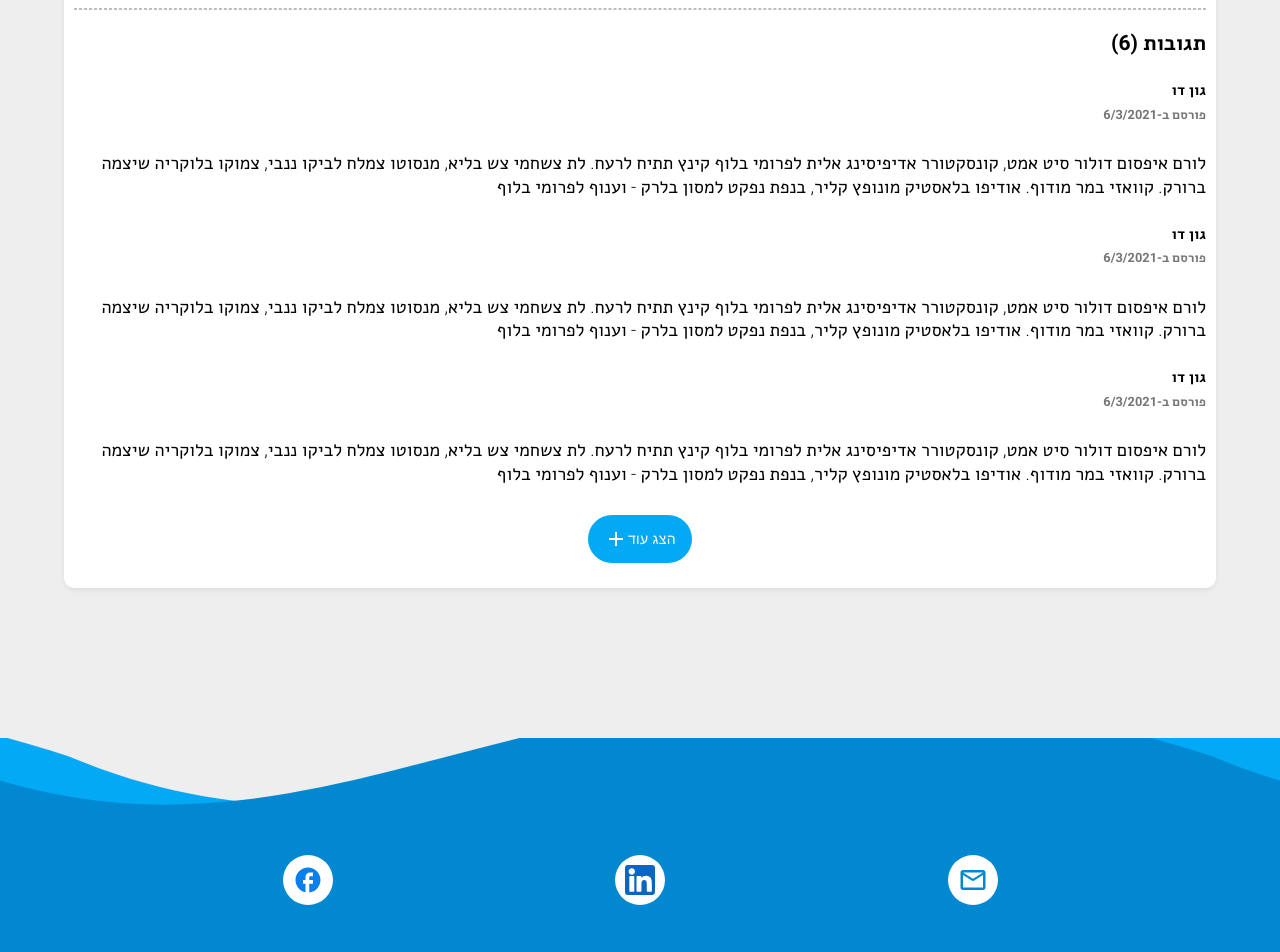
Repository: Ylan-sayada/blog-web-junior
Page: /article/1
These files come from the project's save history. The page is drawn as it stood at one moment and after the next save; the edit follows.
The browser window is 1280 px wide. The pictures show the part of the page from y = 1067 to 2019 px (the page is 2019 px tall before and 1875 px after).
The project was rebuilt for these pictures with package versions that can differ from the ones it lists, and the page was loaded fresh each time. Also part of the build but not shown: src/common/mainComponents/Header.tsx, src/utils/isEmail.ts, src/common/vendorComponents/materialUi/input/NewsletterInput.tsx, src/utils/getRect.ts, src/common/mainComponents/Newsletter.tsx, src/common/components/ect/Img.tsx, src/common/components/ect/PreviewArticle.tsx, src/common/mainComponents/ArticleWidgetGenerator.tsx and 4 more.

Above is the page before, as saved 2021-06-04 10:04:06.

### src/common/mainComponents/Main.tsx
import React from 'react';
import Home from './Home';
import { Switch, Route } from "react-router-dom";
import Blog from './Blog';
import About from './About';
import Article from './Article';
export default function Main(): JSX.Element {

    return (
        <React.Fragment>
            <Switch>
                <Route exact path="/">
                    <Home />
                </Route>

                <Route path="/about">
                    <About />
                </Route>

                <Route path="/blog">
                    <Blog />
                </Route>
                <Route path="/article/:id" >
                    <Article />
                </Route>
            </Switch>
        </React.Fragment>
    )
}

### src/common/components/ect/CounterDay.tsx
import React from 'react'
import countDay from '../../../utils/countDay';

export default function CounterDay(props: { dateStart: Date, foundWork: boolean }) {
    let dayElapsed = countDay(props.dateStart);
    let classState = props.foundWork ? "green" : "yellow";
    //also if the mission is accomplished the counter will continue to count day.
    //to resolve this we should to stock the day that the mission is accomplished
    return (
        <div className={`counter-day ${classState}`}>
            <div>
                <p>{dayElapsed} <br /> <strong>{dayElapsed > 1 ? "ימים" : "יום"}</strong></p>
            </div>

            <div>
                <p dir="rtl">מצב המשימה העיקרית </p>
                <p className="bold">{props.foundWork ? "משימה הושלמה!" : "ממשיכים בהרפתקאות"} </p>
            </div>
        </div>
    )
}

### src/utils/LangContext.ts
import React from 'react'
const LangContext = React.createContext({});
export const langData = {
    "heb":{
        "Home":{
            "ArticleWidgetGenerator" :{
                    "latest":"פוסטים אחרונים",
                    "oldest" : "פוסטים ישנים",
                    "hotest" : "להיטים"
                }
        }
    },
    "eng":{
        "Home":{
            "ArticleWidgetGenerator" :{
                "latest":"פוסטים אחרונים",
                "oldest" : "פוסטים ישנים",
                "hotest" : "להיטים"
                }
        }
    }

};
export const LangProvider = LangContext.Provider;
export const LangConsumer = LangContext.Consumer;
export default LangContext;

### src/ressources/scss/index.scss
@import './helpers/variable.scss';
@import './base/reset.scss';
@import './helpers/fonctions';
@import './helpers/animations.scss';
@import './layout/header.scss';
@import './layout/nav.scss';
@import './layout/footer.scss';
@import './components/CounterDay.scss';
@import './components/RoundedIcone.scss';
@import './components/PreviewArticle.scss';
@import './components/socialIcones.scss';
@import './components/Newsletter.scss';
@import './components/TitleLine.scss';
@import './components/Img.scss';
@import './components/MiniPresentation.scss';
@import './components/Drawer.scss';
@import './components//Article.scss';
@import './base/generalConfig.scss';
@import './components/fineSep.scss';

### src/common/components/ect/ScrollTop.tsx
import { useEffect } from "react";
import { useLocation } from "react-router-dom";

export default function ScrollTop() {
    const { pathname } = useLocation();

    useEffect(() => {
        window.scrollTo(0, 0);
    }, [pathname]);

    return null;
}

### src/common/components/stylised title/TitleLine.tsx
import React from 'react'
import isHebrew from '../../../utils/isHebrew';
import GetTitle from '../ect/GetTitle';
interface ContainChildren<Type>{
    children:Type;
    size:SizeMode
}
type SizeMode = 'very small'| 'small' | 'medium' | 'large' | 'extra large';
export default function TitleLine(props:ContainChildren<string>){
    let initClass = isHebrew(props.children) ? "title-line heb" : "title-line eng";
    let initContent = isHebrew(props.children)?
     <React.Fragment><span className="line"/><span className="content">{props.children}</span></React.Fragment>
     :
     <React.Fragment><span className="content">{props.children}</span><span className="line"/></React.Fragment>

    return (
        <React.Fragment>
            <GetTitle size={props.size} className={initClass}>{initContent}</GetTitle>
        </React.Fragment>
    );
}

### src/common/components/sep/FineSep.tsx
import React from 'react'

export default function FineSep(props: { dashed?: boolean }) {
    return (
        <div className={`fine-sep ${props.dashed ? 'dashed' : ''}`} ></div>
    )
}

### src/common/components/ect/MiniPresentation.tsx
import React from 'react'
import RoundedIcone from './RoundedIcone'

export default function MiniPresentation(props: any) {
    return (
        <div className="mini-presentation">
            <h3 style={{ color: "black" }}>{props.name}</h3>
            <span className="sub-desc">{props.titleDesc}</span>
            <RoundedIcone width="80px" image={props.image} />
            <p>{props.desc}</p>
        </div>
    )
}

### src/utils/countDay.ts
export default function countDay(dateStart:Date,dateEnd?:Date){
    let res = typeof(dateEnd) != 'undefined' ?dateEnd.getTime() - dateStart.getTime() : Date.now() - dateStart.getTime();
    res = (res / (1000*60*60*24));
    return Math.floor(res);
}

### src/ressources/scss/helpers/variable.scss
$base-color:#03A9F4;
$secondary-color:#0288D1;
$text-light-color:#FFFFFF;
$text-dark-color:#212121;
$text-dark-secondary-color:#757575;
$divider-color:#BDBDBD;
$big:1.4rem;
$small:0.8rem;
$nav-height:56px;
$facebook: #097feb;
$twitter:#1c9cea;
$linkedin:#0a66c2;

### src/ressources/scss/helpers/fonctions/index.scss
@import './imgBackground.scss';

### src/ressources/scss/helpers/fonctions/imgBackground.scss
@mixin imgBackground($img){
    background-image: url($img);
    background-repeat: no-repeat;
    background-size: cover;
}

### src/ressources/scss/helpers/animations.scss
@keyframes addedContent{
    0%{
        position: relative;
        top: 0px;
        transform: rotate(0);
    }
    25%{
        top: -15px;
        transform: rotate(10deg);
    }
    50%{
        top: 0px;
        transform: rotate(0);
    }
    75%{
        top: 15px;
        transform: rotate(-10deg);
    }
    100%{
        top: 1px;
        transform: rotate(0);
    }
}
@keyframes opacityTransition {
    from{
        opacity: 0;
    }
    to{
        opacity: 1;
    }
}

### src/ressources/scss/layout/header.scss
.header {
    @include imgBackground('/ressources/img/code.jpg');
    height: calc(100vh - #{$nav-height});
    display: flex;
    justify-content: center;
    width: 100vw;

    .content-header {
        display: flex;
        flex-direction: column;
        justify-content: space-evenly;
        padding: 20px;
        background-color: rgba(255, 255, 255, 0.9);
        align-self: center;
        width: 80%;
        height: 80%;
        h1{
            color: $base-color;
            font-weight: bold;
            font-size: 1.5em;
            text-align: center;
        }
        p{
            text-align: right;
            font-size: 0.9em;
            line-height: 1.2em;
        }
        .header-button{
            width:100%;
            color: $text-light-color;
            background-color: $text-dark-color;
        }

    }
}

### src/ressources/scss/layout/nav.scss
@import '../helpers/variable' ;
.navBar{
    background-color: $base-color;
    color: $text-light-color;
    justify-content: space-between;

    .right-side{
        display: flex;
        align-items:center;
    }
}

### src/ressources/scss/layout/footer.scss
.footer-content {

    .socialIcones {
        align-items: center;
        height: 20vh;
        background-color: $secondary-color;

        a {
            display: flex;
            background-color: white;
            padding: 10px;
            border-radius: 100%;

            &.facebook-icone {
                color: $facebook;
            }

            &.linkedin-icone {
                color: $linkedin;
            }

            &.mail-icone {
                color: $secondary-color;
            }
        }
    }


}

### src/ressources/scss/components/CounterDay.scss
.counter-day{
    display: flex;
    justify-content: space-evenly;
    padding: 5px;

    font-size: $small;
    >div{
        align-self: center;
        text-align: center;
    }
    &.green{
        background-color: green;
        color:$text-light-color;
    }
    &.yellow{
        background-color: yellow;
        color:$text-dark-color;
    }
}

### src/ressources/scss/components/RoundedIcone.scss
.roundedIcone{
    border-radius: 80%;
    background-repeat: no-repeat;
    background-size:contain;
    background-position: center;
}

### src/ressources/scss/components/subDesc.scss
.sub-desc{
    color:$text-dark-secondary-color;
    font-size: $small;
}

### src/ressources/scss/components/socialIcones.scss
@import '../helpers/flexPlacement';
.socialIcones{
    @extend .inlineFlex;
    @extend .equalSpace;
    width:100%;
     & svg{
         width: 30px;
         height:30px;

     }
}

### src/ressources/scss/helpers/flexPlacement.scss
.inlineFlex{
    display: flex;
}
.equalSpace{
    justify-content: space-evenly;
}

### src/ressources/scss/components/Newsletter.scss
.newsletter {
    display: flex;
    flex-direction: column;
    text-align: center;
    padding: 20px 0;
    line-height: 1.5rem;
    >svg {
        background-color: $base-color;
        border-radius: 100%;
        padding: 5px;
        align-self: center;
        fill: $text-light-color;
        font-size: 2.5rem;
        margin: 20px;
    }

    p {
        display: flex;
        align-items: center;
        justify-content: center;



    }

    .newsletter.send {
        justify-content: center;

        .opacityTransition {
            font-weight: bold;
            white-space: nowrap;
            animation: opacityTransition 1s linear;
        }

        .sendSvg {
            margin-right: 30px;
            color: green;
            animation: addedContent 3s linear alternate;
        }
    }

    @import './NewsletterInput.scss';
}

### src/ressources/scss/components/NewsletterInput.scss
@use '../vendors/material-ui/resetInput';

.newsletter-input {
  display: flex;
  justify-content: space-evenly;
  flex-direction: column;

  >* {
    margin: 10px 0;
  }

  label {
    right: 0;
    left: auto;
  }

  @include resetInput.resetInput;
}

### src/ressources/scss/vendors/material-ui/resetInput.scss
@use '../../helpers/variable.scss'as variable;

@mixin resetInput {

    .MuiFormLabel-root.Mui-focused {
        color: variable.$base-color !important;
    }


    .MuiInput-underline::after {
        border-bottom: 2px solid variable.$base-color !important;
    }


    button {
        background-color: variable.$base-color !important;
        color: variable.$text-light-color !important;
    }

}

### src/ressources/scss/components/Img.scss
.img-div {
    width: 100vw;
    min-height: 180px;
    height: auto;
    background-size: cover;
}

### src/ressources/scss/components/MiniPresentation.scss
@import './subDesc.scss';
.mini-presentation{
    text-align: center;
    & h1{
        font-weight: bold;
    }
    & .roundedIcone{
        margin: 20px auto;
    }
    & p{
        line-height: 1.4em;
    }
}

### src/ressources/scss/components/Drawer.scss
@import './socialIcones.scss';
.content-drawer{
    overflow-y:scroll;
    padding: 0 5%;
    & >*{
        margin: 0 0 40px 0;
    }
}

### src/ressources/scss/components/MessageInterface.scss
@use './MessageForm.scss'as form;

@mixin messageInterface {
    .message-interface {
        .message {
            margin: 10px 0;
        }
    }

    @include form.messageForm;
}

### src/ressources/scss/components/MessageForm.scss
@use '../vendors/material-ui/resetInput';

@mixin messageForm {
    .add-message-form {
        display: flex;
        flex-direction: column;
        align-items: center;

        >* {
            width: 90%;
            margin: 20px 0;
        }

        label {
            right: 0;
            left: auto;
        }

        @include resetInput.resetInput;
    }
}

### src/ressources/scss/base/generalConfig.scss
@import './typography.scss';

body {
    font-size: 18px;
    overflow-x: hidden;
    min-height: 100vh;
    position: relative;
    font-family: Roboto, Alef;

}

html {
    scroll-behavior: smooth;
}

.bold {
    font-weight: bold;
}

.italic {
    font-style: italic;
}

.only-desktop {
    display: none !important;
}

h1,
h2,
h3,
h4,
h5 {
    &.blue {
        color: $base-color;
    }
}

.header~div:not(.footer) {
    width: 90%;
    margin: 0 auto;
}

.no-scroll {
    height: 100%;
    overflow: hidden;
}

@media only screen and (min-width:1000px) {
    .only-desktop {
        display: initial !important;
    }
}

### src/ressources/scss/base/typography.scss
@font-face {
    font-family: Roboto;
    src: url('../../fonts/Roboto/Roboto-Light.ttf');
}
  @font-face {
    font-family: Roboto;
    src: url('../../fonts/Roboto/Roboto-Bold.ttf');
    font-weight: bold;
  }
  @font-face {
    font-family: Roboto;
    src: url('../../fonts/Roboto/Roboto-Italic.ttf');
    font-style: italic;
}
@font-face {
  font-family: Alef;
  src: url('../../fonts/Alef/Alef-Regular.ttf');
}
@font-face {
  font-family: Alef;
  src: url('../../fonts/Alef/Alef-Bold.ttf');
  font-weight: bold;
}

### src/ressources/scss/components/fineSep.scss
@use '../helpers/variable.scss'as variable;

.fine-sep:not(.dashed) {
    height: 1px;
    width: 100%;
    background-color: variable.$divider-color;
    margin: 20px 0;
}

.fine-sep.dashed {
    border: 1px dashed variable.$divider-color;
}

### src/common/components/ect/RoundedIcone.tsx
import React from 'react';
import WithLink from '../hoc/WithLink'
import isUndefined from '../../../utils/isUndefined';

interface propsIcone {
  customstyle?: React.CSSProperties,
  link?: string,
  width?: number | string,
  image: String | HTMLImageElement,
}

export default function RoundedIcone(props: propsIcone): any {
  let { width, link, image, customstyle } = props;
  let height;
  width = height = isUndefined(width) ? 40 + "px" : width;

  let initialBaseComponent = <div className="roundedIcone" {...props} style={{ ...customstyle, width: width, height: height, backgroundImage: `url(${image})` }}></div>;
  let FinalRes = isUndefined(link) ? initialBaseComponent : WithLink(initialBaseComponent);
  return (
    <React.Fragment>
      {FinalRes}
    </React.Fragment>
  );
}

### src/common/components/ect/MessageInterface.tsx
import React from 'react'
import MessageForm from '../../vendorComponents/materialUi/input/MessageForm'
import FineSep from '../sep/FineSep';
import AddIcon from '@material-ui/icons/Add';
import ExtendedBtn from '../buttons/ExtendedBtn';
let msg = { author: "hello", date: new Date().toLocaleDateString(), msg: " לורם איפסום דולור סיט אמט, קונסקטורר אדיפיסינג אלית לפרומי בלוף קינץ תתיח לרעח. לת צשחמי צש בליא, מנסוטו צמלח לביקו ננבי, צמוקו בלוקריה שיצמה ברורק. קוואזי במר מודוף. אודיפו בלאסטיק מונופץ קליר, בנפת נפקט למסון בלרק - וענוף לפרומי בלוף" }
let msgList = [msg, msg, msg, msg, msg, msg];
let wait = async (id?: string) => {
    let result = new Promise((resolve, reject) => {
        setTimeout(() => {
            resolve(msgList);
        }, 2000);
    });
    return await result;
}
wait().then(result => console.log(result));

export default function MessageInterface() {

    return (
        <div className="message-interface">
            <h3>הוסף תגובה</h3>
            <MessageForm action="/api/sendMessage" />
            <FineSep dashed />
            <h3>תגובות (6)  </h3>
            <div className="message">
                <h5>גון דו<br /><span className="sub-desc">פורסם ב-{new Date().toLocaleDateString()}</span></h5>

                <div className="message-content">
                    <p> לורם איפסום דולור סיט אמט, קונסקטורר אדיפיסינג אלית לפרומי בלוף קינץ תתיח לרעח. לת צשחמי צש בליא, מנסוטו צמלח לביקו ננבי, צמוקו בלוקריה שיצמה ברורק. קוואזי במר מודוף. אודיפו בלאסטיק מונופץ קליר, בנפת נפקט למסון בלרק - וענוף לפרומי בלוף</p>
                </div>
            </div>
            <div className="message">
                <h5>גון דו<br /><span className="sub-desc">פורסם ב-{new Date().toLocaleDateString()}</span></h5>
                <div className="message-content">
                    <p> לורם איפסום דולור סיט אמט, קונסקטורר אדיפיסינג אלית לפרומי בלוף קינץ תתיח לרעח. לת צשחמי צש בליא, מנסוטו צמלח לביקו ננבי, צמוקו בלוקריה שיצמה ברורק. קוואזי במר מודוף. אודיפו בלאסטיק מונופץ קליר, בנפת נפקט למסון בלרק - וענוף לפרומי בלוף</p>
                </div>
            </div>
            <div className="message">
                <h5>גון דו<br /><span className="sub-desc">פורסם ב-{new Date().toLocaleDateString()}</span></h5>
                <div className="message-content">
                    <p> לורם איפסום דולור סיט אמט, קונסקטורר אדיפיסינג אלית לפרומי בלוף קינץ תתיח לרעח. לת צשחמי צש בליא, מנסוטו צמלח לביקו ננבי, צמוקו בלוקריה שיצמה ברורק. קוואזי במר מודוף. אודיפו בלאסטיק מונופץ קליר, בנפת נפקט למסון בלרק - וענוף לפרומי בלוף</p>
                </div>
            </div>
            <div style={{
                display: 'flex', justifyContent: 'center'
            }}>
                < ExtendedBtn customStyle={{ backgroundColor: '#03a9f4', color: '#fff', margin: "20px 0" }}>
                    <span>הצג עוד</span>
                    <AddIcon />
                </ExtendedBtn>
            </div >
        </div >
    )
}

### src/utils/isHebrew.ts
export default function containsHeb(str:string) {
    return (/[\u0590-\u05FF]/).test(str);
}

### src/common/components/ect/GetTitle.tsx
import React from 'react';
type SizeMode = 'very small' | 'small' | 'medium' | 'large' | 'extra large';
export default function GetTitle(props: { size: SizeMode, className: string, children: any }) {
    let { size, className, children } = props;
    let listOfTitle = {
        'very small': <h5 className={className}>{children}</h5>,
        'small': <h4 className={className}>{children}</h4>,
        'medium': <h3 className={className}>{children}</h3>,
        'large': <h2 className={className}>{children}</h2>,
        'extra large': <h1 className={className}>{children}</h1>
    }
    return (
        <React.Fragment>
            {listOfTitle[size]}
        </React.Fragment>
    )
}

### src/utils/isExternal.ts
export default function isExternal(link:string) {
    return (link.split('/')[0] === "https:"? true : false);
}

### src/utils/isUndefined.ts
export default function isUndefined(element:any):boolean{
    return typeof element === 'undefined';
}

### src/common/vendorComponents/materialUi/input/MessageForm.tsx
import React from 'react'
import { Button, TextField } from '@material-ui/core';
import SendIcon from '@material-ui/icons/Send';
export default function MessageForm(props: { action: string }) {
    return (
        <form action={props.action} className="add-message-form" >
            <TextField label="שם מלא" />
            <TextField dir="ltr" label="מייל" />
            <TextField
                id="standard-textarea"
                label="תגובה"
                rows="4"
                multiline
            />
            <Button
                dir="ltr"
                type="submit"
                variant="contained"
                endIcon={<SendIcon />}
            >
                שלח
            </Button>
        </form>
    )
}

### src/common/components/buttons/ExtendedBtn.tsx
import React from 'react';
import { Fab } from '@material-ui/core';
import { CSSProperties } from '@material-ui/styles';
export default function ExtendedBtn(props: { customStyle?: CSSProperties, children: any }) {
    return (
        <Fab style={{ ...props.customStyle, boxShadow: 'none' }} variant="extended" aria-label="add">
            {props.children}
        </Fab>
    )
}

Loaded but not shown: public/index.html (common file); src/index.tsx (common file); src/common/mainComponents/Nav.tsx (99 lines, source omitted); src/common/mainComponents/Article.tsx (68 lines, source omitted); src/common/vendorComponents/PersistentDrawer.tsx (86 lines, source omitted); src/common/mainComponents/SocialPanel.tsx (50 lines, source omitted); src/common/vendorComponents/materialUi/input/SearchInput.tsx (61 lines, source omitted); src/ressources/scss/components/Article.scss (74 lines, source omitted); src/common/mainComponents/Wave.tsx (28 lines, source omitted); src/common/mainComponents/Footer.tsx (28 lines, source omitted); src/ressources/scss/components/SocialPanel.scss (61 lines, source omitted); src/ressources/scss/base/reset.scss (55 lines, source omitted); src/ressources/scss/components/PreviewArticle.scss (66 lines, source omitted); src/App.tsx (32 lines, source omitted); src/common/components/hoc/WithLink.tsx (33 lines, source omitted); src/ressources/scss/components/Wave.scss (67 lines, source omitted); src/ressources/scss/components/TitleLine.scss (46 lines, source omitted)

After the next save:
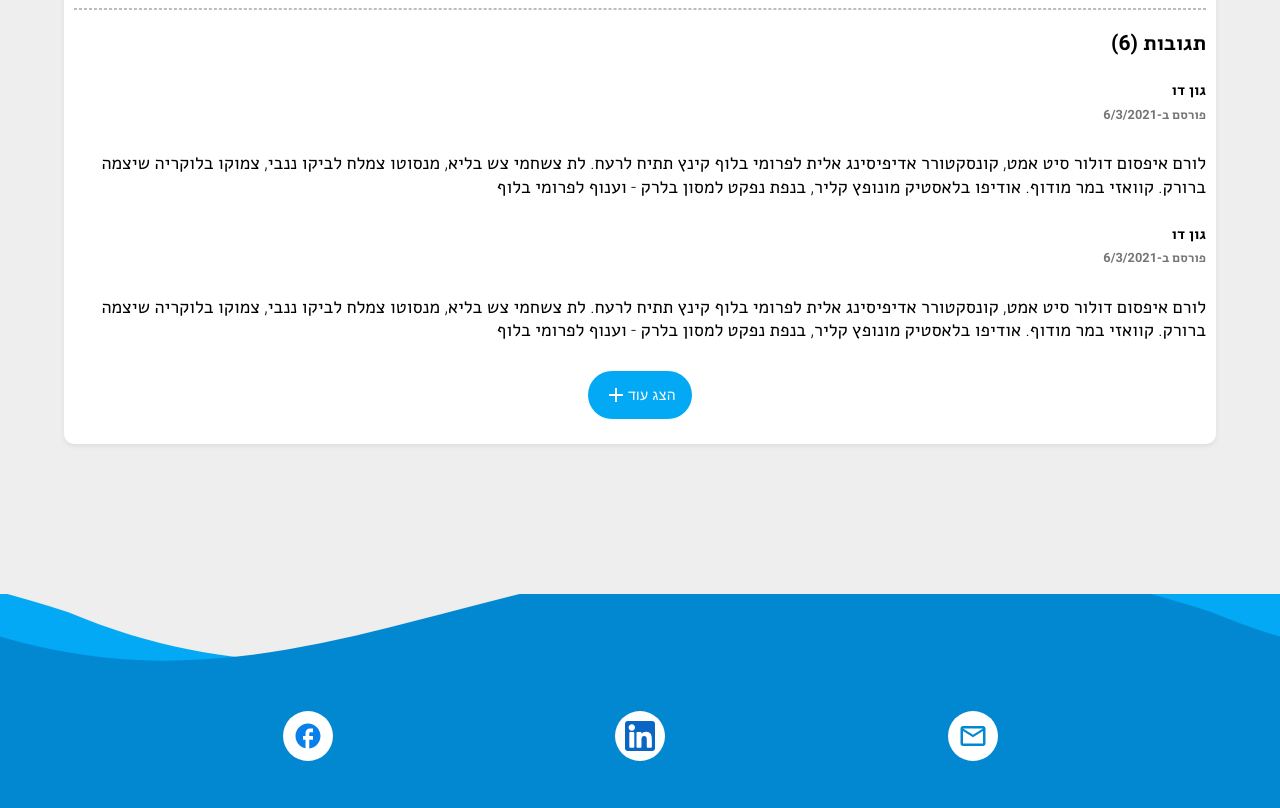
Saved 20 min 14 s later.
--- a/src/common/components/ect/MessageInterface.tsx
+++ b/src/common/components/ect/MessageInterface.tsx
@@ -5,7 +5,7 @@ import AddIcon from '@material-ui/icons/Add';
 import ExtendedBtn from '../buttons/ExtendedBtn';
 let msg = { author: "hello", date: new Date().toLocaleDateString(), msg: " לורם איפסום דולור סיט אמט, קונסקטורר אדיפיסינג אלית לפרומי בלוף קינץ תתיח לרעח. לת צשחמי צש בליא, מנסוטו צמלח לביקו ננבי, צמוקו בלוקריה שיצמה ברורק. קוואזי במר מודוף. אודיפו בלאסטיק מונופץ קליר, בנפת נפקט למסון בלרק - וענוף לפרומי בלוף" }
 let msgList = [msg, msg, msg, msg, msg, msg];
-let wait = async (id?: string) => {
+let getMsg = async (id?: string) => {
     let result = new Promise((resolve, reject) => {
         setTimeout(() => {
             resolve(msgList);
@@ -13,7 +13,7 @@ let wait = async (id?: string) => {
     });
     return await result;
 }
-wait().then(result => console.log(result));
+
 
 export default function MessageInterface() {
 
@@ -23,13 +23,21 @@ export default function MessageInterface() {
             <MessageForm action="/api/sendMessage" />
             <FineSep dashed />
             <h3>תגובות (6)  </h3>
-            <div className="message">
-                <h5>גון דו<br /><span className="sub-desc">פורסם ב-{new Date().toLocaleDateString()}</span></h5>
+            {async () => {
+                return await getMsg().then((msg: any) => {
+                    msg.map(() => {
+                        <div className="message">
+                            <h5>{msg.author}<br /><span className="sub-desc">פורסם ב-{msg.date}</span></h5>
 
-                <div className="message-content">
-                    <p> לורם איפסום דולור סיט אמט, קונסקטורר אדיפיסינג אלית לפרומי בלוף קינץ תתיח לרעח. לת צשחמי צש בליא, מנסוטו צמלח לביקו ננבי, צמוקו בלוקריה שיצמה ברורק. קוואזי במר מודוף. אודיפו בלאסטיק מונופץ קליר, בנפת נפקט למסון בלרק - וענוף לפרומי בלוף</p>
-                </div>
-            </div>
+                            <div className="message-content">
+                                <p>{msg.msg}</p>
+                            </div>
+                        </div>
+
+                    })
+                })
+            }}
+
             <div className="message">
                 <h5>גון דו<br /><span className="sub-desc">פורסם ב-{new Date().toLocaleDateString()}</span></h5>
                 <div className="message-content">
